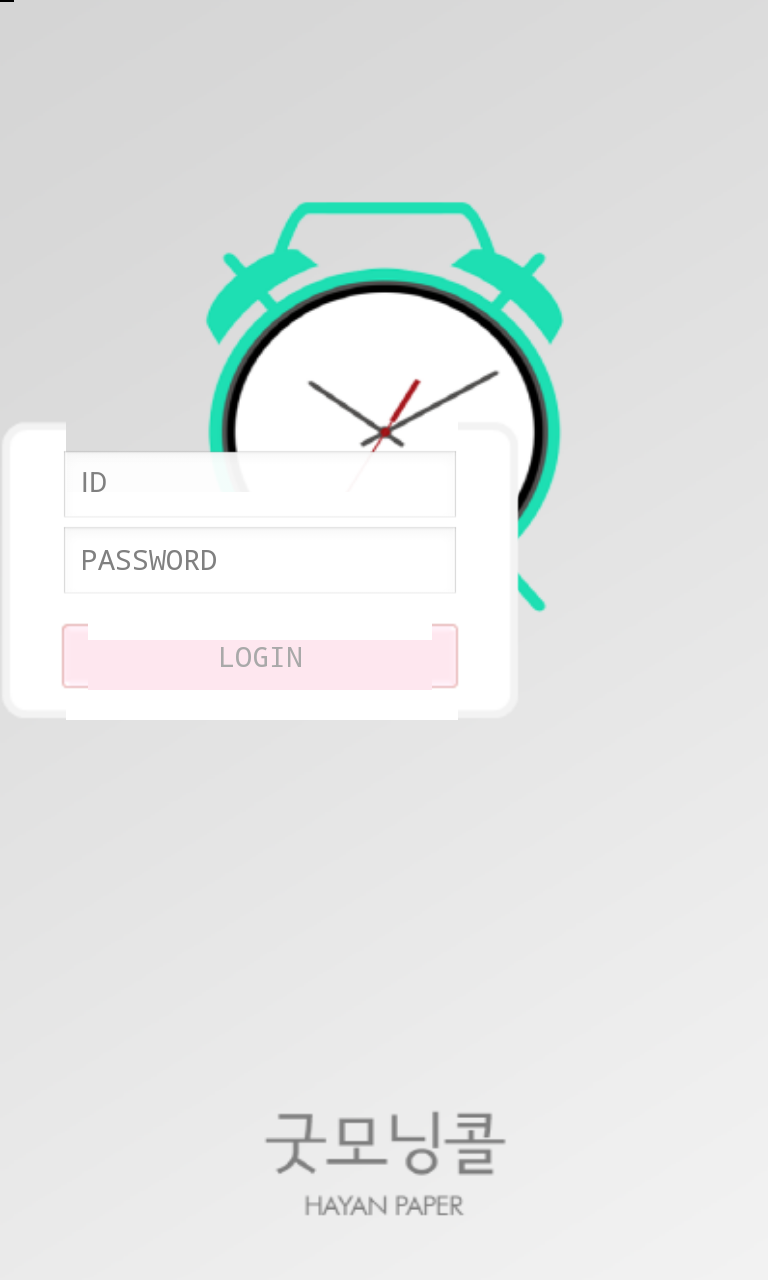
Repository: blacky512/smart_morning_call
Layout: client/SmartMorningCall/res/layout/login_activity.xml
These files come from the project's save history. The layout is drawn as it stood at one moment and after the next save; the edit follows.
It is drawn on a 768 x 1280 px phone screen (xhdpi) without system bars, with theme android:Theme.NoTitleBar; the app's code is not run.

Above is the layout before, as saved 2013-02-25 16:40:13.

### client/SmartMorningCall/res/layout/login_activity.xml
<RelativeLayout xmlns:android="http://schemas.android.com/apk/res/android"
    xmlns:tools="http://schemas.android.com/tools"
    android:id="@+id/RelativeLayout1"
    android:layout_width="match_parent"
    android:layout_height="match_parent"
    android:background="@drawable/jhk_mainr"
    android:padding="0dp"
    tools:context=".MainActivity" >

    <RelativeLayout
        android:id="@+id/subRL"
        android:layout_width="260dp"
        android:layout_height="360dp"
        android:gravity="bottom"
        android:orientation="vertical" >

        <FrameLayout
            android:id="@+id/titleFrame"
            android:layout_width="match_parent"
            android:layout_height="80dp"
            android:layout_alignParentTop="true"
            android:layout_centerHorizontal="true"
            android:layout_gravity="center_horizontal"
            android:background="#00ff0000" >
        </FrameLayout>

        <RelativeLayout
            android:id="@+id/rl2"
            android:layout_width="match_parent"
            android:layout_height="220dp"
            android:layout_alignParentLeft="true"
            android:layout_below="@+id/titleFrame"
            android:layout_gravity="bottom"
            android:layout_marginTop="130dp"
            android:background="@drawable/te"
            android:gravity="top"
            android:orientation="vertical"
            android:paddingBottom="15dp"
            android:paddingLeft="30dp"
            android:paddingRight="30dp"
            android:paddingTop="15dp" >

            <LinearLayout
                android:layout_width="match_parent"
                android:layout_height="match_parent"
                android:layout_centerInParent="true"
                android:orientation="vertical" >

                <EditText
                    android:id="@+id/etId"
                    android:layout_width="match_parent"
                    android:layout_height="14dp"
                    android:layout_weight="1"
                    android:ems="10"
                    android:hint="ID"
                    android:includeFontPadding="false"
                    android:textSize="14dp" />

                <EditText
                    android:id="@+id/etPw"
                    android:layout_width="match_parent"
                    android:layout_height="14dp"
                    android:layout_weight="1"
                    android:ems="10"
                    android:hint="PASSWORD"
                    android:inputType="textPassword"
                    android:textSize="14dp"
                    android:typeface="monospace" />

                <Button
                    android:id="@+id/btnLg"
                    android:layout_width="match_parent"
                    android:layout_height="10dp"
                    android:layout_marginTop="10dp"
                    android:layout_weight="1"
                    android:background="@drawable/bn"
                    android:padding="0dp"
                    android:text="LOGIN"
                    android:textColor="#a9a9a9"
                    android:textSize="14dp"
                    android:textStyle="normal"
                    android:typeface="monospace" />
            </LinearLayout>
        </RelativeLayout>
    </RelativeLayout>

    <RelativeLayout
        android:id="@+id/mainRL"
        android:layout_width="260dp"
        android:layout_height="360dp"
        android:layout_centerHorizontal="true"
        android:layout_centerVertical="true"
        android:gravity="right"
        android:padding="0dp" >

    </RelativeLayout>

</RelativeLayout>

After the next save:
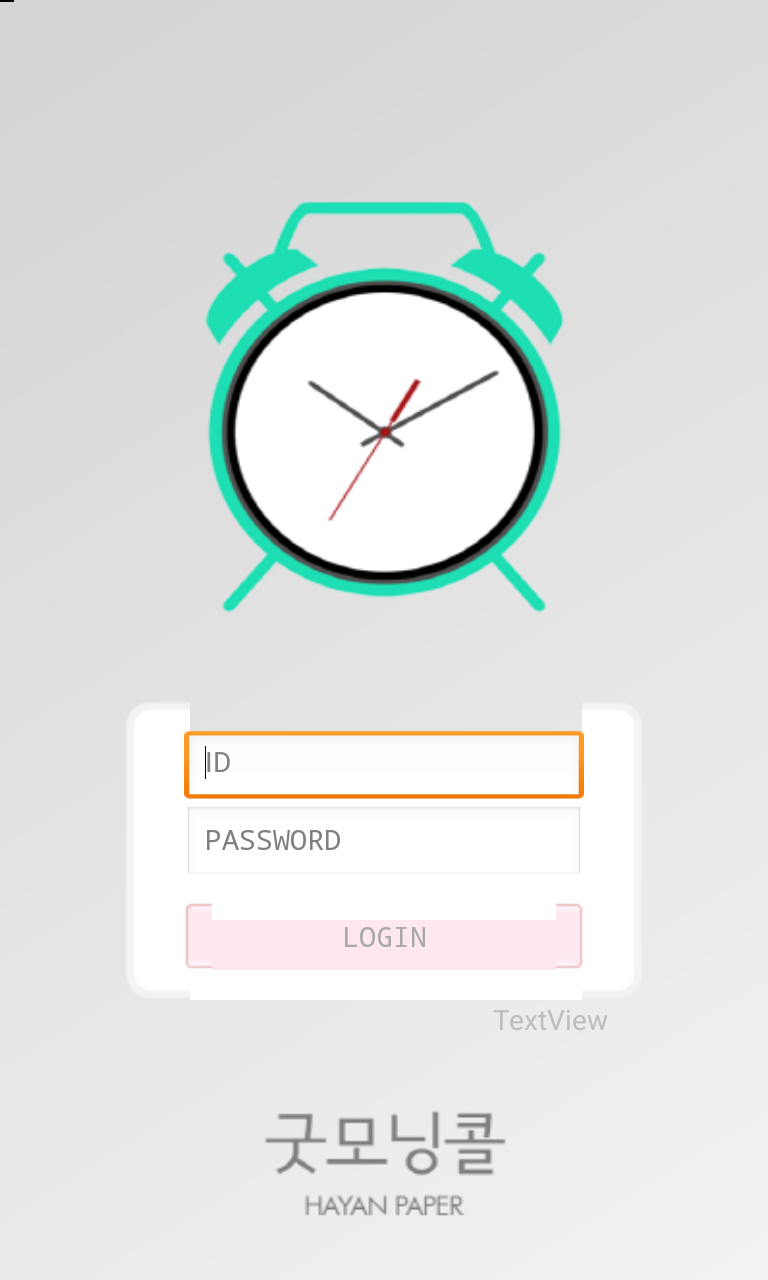
Saved 55 s later.
--- a/client/SmartMorningCall/res/layout/login_activity.xml
+++ b/client/SmartMorningCall/res/layout/login_activity.xml
@@ -11,6 +11,8 @@
         android:id="@+id/subRL"
         android:layout_width="260dp"
         android:layout_height="360dp"
+        android:layout_centerHorizontal="true"
+        android:layout_centerVertical="true"
         android:gravity="bottom"
         android:orientation="vertical" >
 
@@ -54,7 +56,10 @@
                     android:ems="10"
                     android:hint="ID"
                     android:includeFontPadding="false"
-                    android:textSize="14dp" />
+                    android:textSize="14dp" >
+
+                    <requestFocus />
+                </EditText>
 
                 <EditText
                     android:id="@+id/etPw"
@@ -84,15 +89,13 @@
         </RelativeLayout>
     </RelativeLayout>
 
-    <RelativeLayout
-        android:id="@+id/mainRL"
-        android:layout_width="260dp"
-        android:layout_height="360dp"
-        android:layout_centerHorizontal="true"
-        android:layout_centerVertical="true"
-        android:gravity="right"
-        android:padding="0dp" >
-
-    </RelativeLayout>
+    <TextView
+        android:id="@+id/textView1"
+        android:layout_width="wrap_content"
+        android:layout_height="wrap_content"
+        android:layout_alignRight="@+id/subRL"
+        android:layout_below="@+id/subRL"
+        android:layout_marginRight="18dp"
+        android:text="TextView" />
 
 </RelativeLayout>
